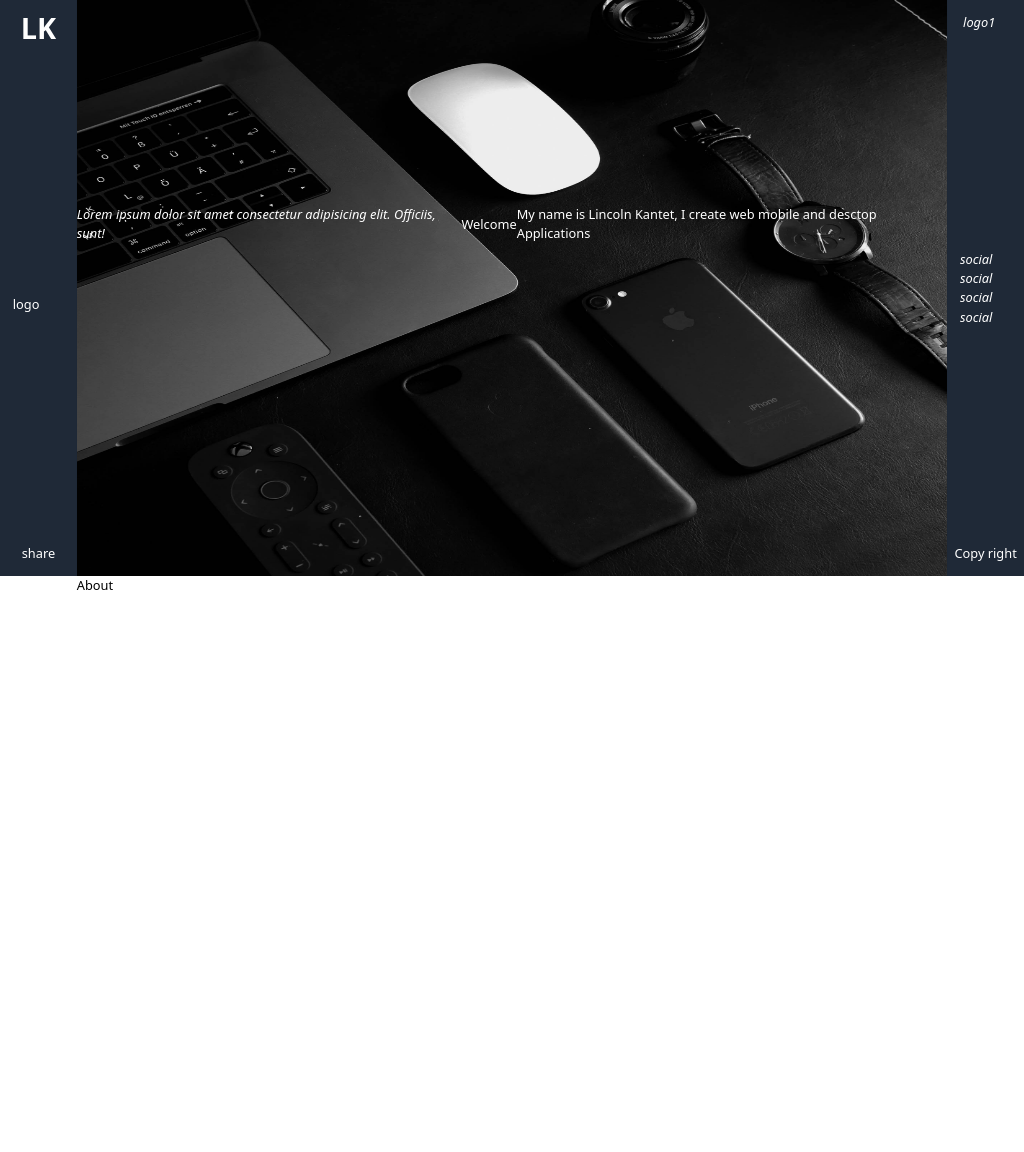
Repository: linco6054/template-tailwindcss
Page: index.html
An editor plug-in stored every save of this project. The page is shown before and after a run of saves, followed by the edit.
The browser window is 1280 px wide. The pictures show the whole page, at 80% of full size.

Above is the page before, as saved 2021-08-17 16:03:58.

### index.html
<!DOCTYPE html>
<html lang="en">

  <head>
    <meta charset="UTF-8" />
    <meta http-equiv="X-UA-Compatible" content="IE=edge" />
    <meta name="viewport" content="width=device-width, initial-scale=1.0" />
    <link href="https://unpkg.com/tailwindcss@^2/dist/tailwind.min.css" rel="stylesheet" />

    <title>Document</title>
  </head>

  <body class="text-white relative max-w-full h-auto flex flex-col lg:flex-row">
    <!-- nav -->
    <nav class="
        fixed
        top-0
        lg:left-0
        overflow-hidden
        bg-gray-800
        h-20
        flex
        justify-between
        lg:flex-col
        items-center
        w-full
        lg:w-24 lg:h-screen
        z-50
      ">
      <span>
        <h1 class="mx-4 lg:mt-4 text-4xl font-bold">LK</h1>
      </span>
      <div class="mx-4 cursor-pointer">
        <i class="opacity-0 hover:opacity-100">menu</i>
        <span>logo</span>
      </div>

      <span class="mx-4 lg:mb-4">share</span>
    </nav>
    <!-- pages -->
    <section class="
        px-0
        lg:px-24
        overflow-hidden
        flex-col
        md:w-full
        lg:w-full
        h-auto
        text-black
        pt-20
        md:pt-0

      ">
      <div class="h-screen w-full relative overflow-hidden">
        <img class="absolute  z-0 h-full w-full" src="/images/bg.jpg" alt="">

        <div class=" absolute text-white top-64 w-full z-20 flex justify-center items-center  ">
          <i>Lorem ipsum dolor sit amet consectetur adipisicing elit. Officiis, sunt!</i>
          <h1>Welcome</h1>
          <p>My name is Lincoln Kantet, I create web mobile and desctop Applications</p>


        </div>
      </div>
      </div>
      <div class="h-screen">About</div>
    </section>
    <!-- footer -->
    <footer class="
        lg:fixed lg:right-0
        overflow-hidden
        w-full
        lg:w-24
        bg-gray-800
        h-20
        flex
        lg:h-screen
        flex-row-reverse
        justify-between
        items-center
        lg:flex-col
      ">
      <span class="mr-4 lg:mt-4">
        <i>logo1</i>
      </span>
      <span class="ml-4">
        <i>social</i>
        <i>social</i>
        <i>social</i>
        <i>social</i>
      </span>
      <span class="hidden lg:block lg:mb-4">Copy right</span>
    </footer>
  </body>

</html>

After the next 4 saves:
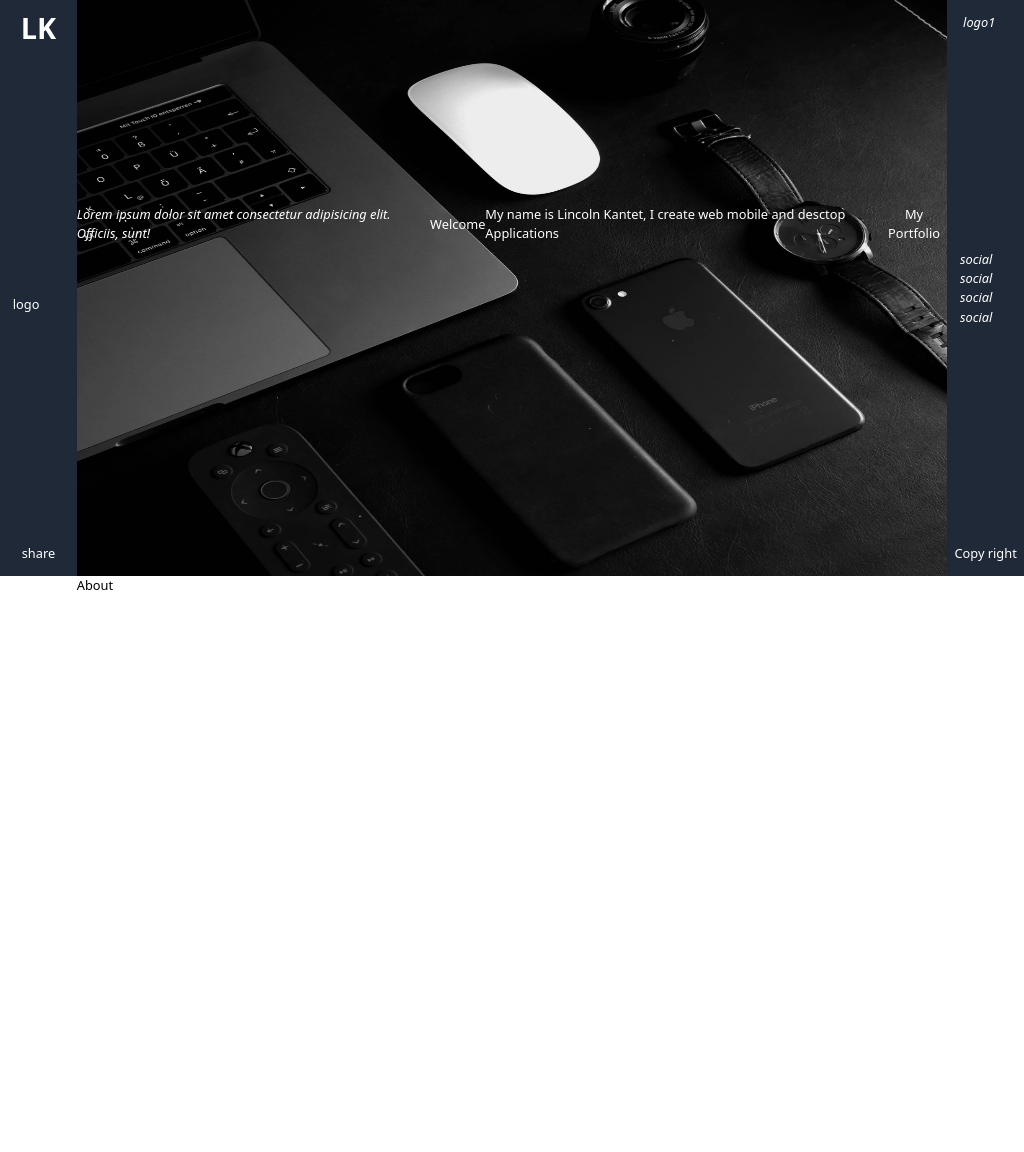
The 4 saves are shown as one change because they came seconds apart.
The last was saved 12 s later.
--- a/index.html
+++ b/index.html
@@ -58,7 +58,7 @@
           <i>Lorem ipsum dolor sit amet consectetur adipisicing elit. Officiis, sunt!</i>
           <h1>Welcome</h1>
           <p>My name is Lincoln Kantet, I create web mobile and desctop Applications</p>
-
+          <button>My Portfolio</button>
 
         </div>
       </div>
